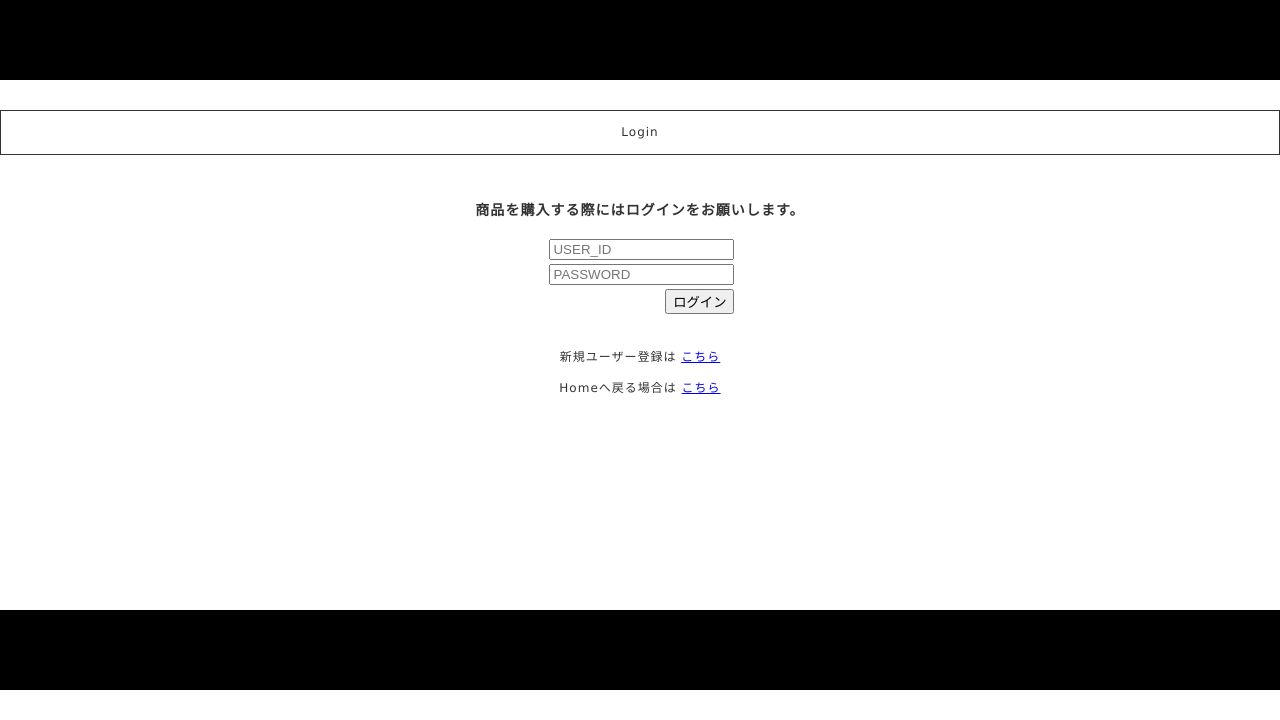
Repository: hirose0320/test
Page: http://localhost/ecsite2/HomeAction.action
An editor plug-in stored every save of this project. The page is shown before and after the next save, followed by the edit.
The browser window is 1280 px wide. The pictures show the whole page.
The page is served by Tomcat 9.

Above is the page before, as saved 2019-03-06 02:27:35.

After the next save:
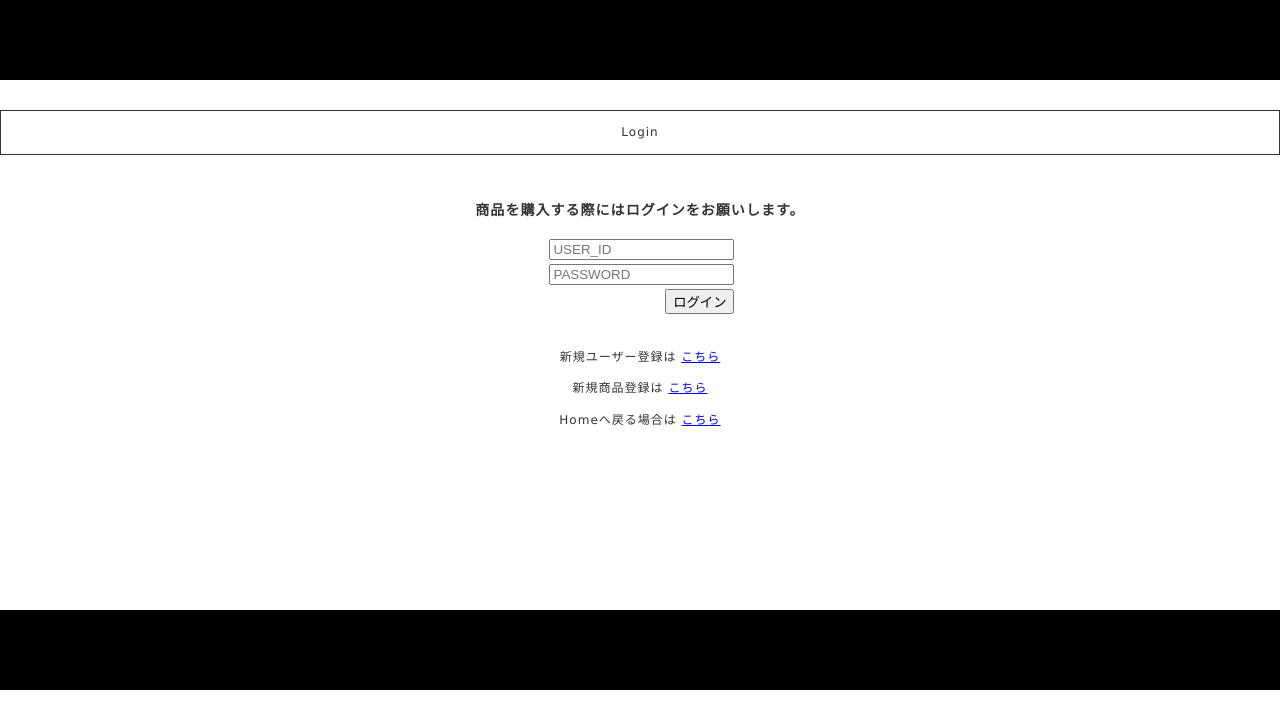
Saved 7 min 37 s later.
--- a/ecsite2/WebContent/login.jsp
+++ b/ecsite2/WebContent/login.jsp
@@ -54,7 +54,6 @@
 	clear: both;
 }
 
-
 #text-center {
 	display: inline-block;
 	text-align: center;
@@ -74,19 +73,22 @@
 			<s:form action="LoginAction">
 				<s:textfield name="loginUserId" placeholder="USER_ID" />
 				<s:password name="loginPassword" placeholder="PASSWORD" />
-				<s:submit value="ログイン"/>
+				<s:submit value="ログイン" />
 			</s:form>
 			<br />
 
-				<p>
-					新規ユーザー登録は <a href='<s:url action="UserCreateAction"/>'>こちら</a>
-				</p>
-				<p>
-					Homeへ戻る場合は <a href='<s:url action="GoHomeAction"/>'>こちら</a>
-				</p>
-				</div>
+			<p>
+				新規ユーザー登録は <a href='<s:url action="UserCreateAction"/>'>こちら</a>
+			</p>
+			<p>
+				新規商品登録は <a href='<s:url action="ItemCreateAction"/>'>こちら</a>
+			</p>
+			<p>
+				Homeへ戻る場合は <a href='<s:url action="GoHomeAction"/>'>こちら</a>
+			</p>
+		</div>
 
-		</div>
+	</div>
 	<div id="footer">
 		<div id="pr"></div>
 	</div>
